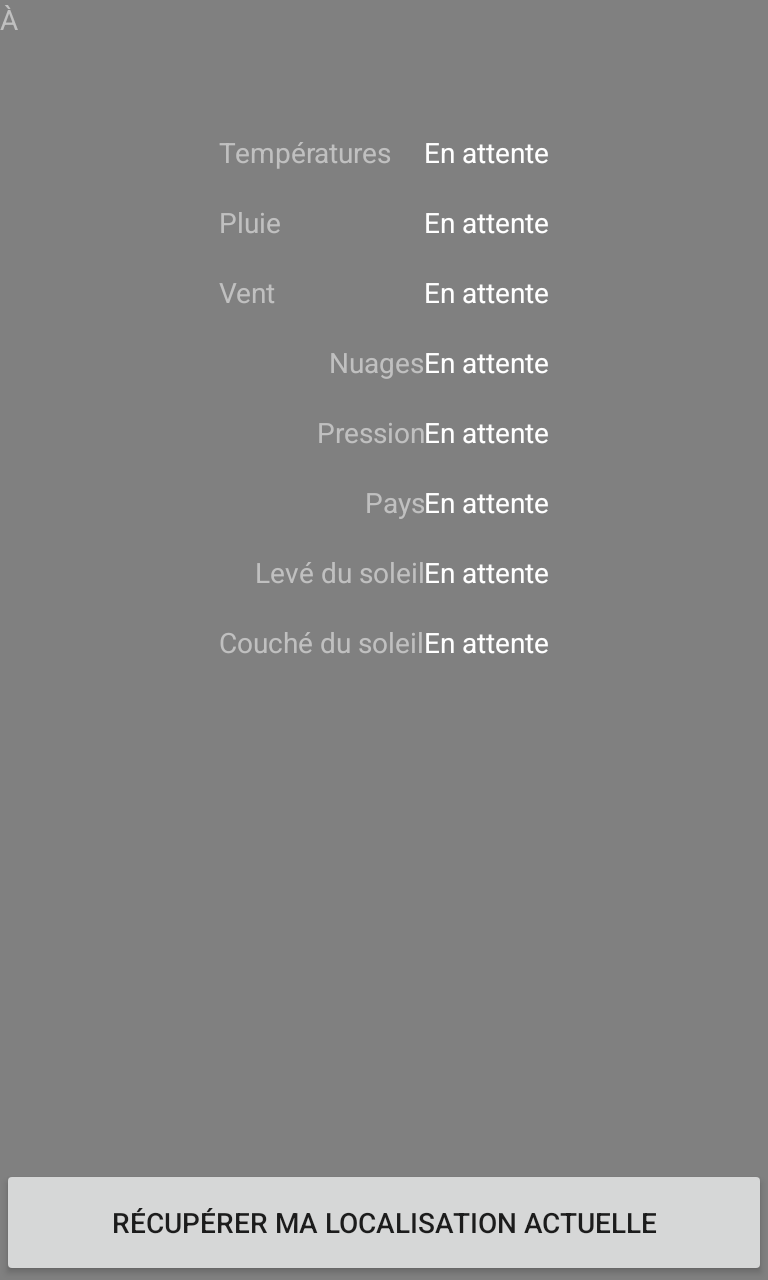
Repository: cpluuuusplus/WhoWantsKitKat
Layout: AppliPlus/res/layout/activity_meteo_principale.xml
An editor plug-in stored every save of this project. The layout is shown before and after the next save, followed by the edit.
It is drawn on a 768 x 1280 px phone screen (xhdpi) without system bars, with theme Theme.AppCompat.Light; the app's code is not run.

Above is the layout before, as saved 2014-05-12 14:11:13.

### AppliPlus/res/layout/activity_meteo_principale.xml
<?xml version="1.0" encoding="utf-8"?>
<LinearLayout xmlns:android="http://schemas.android.com/apk/res/android"
    android:layout_width="match_parent"
    android:layout_height="match_parent"
    android:background="@color/gray"
    android:orientation="vertical" >

    <!-- Afficher les  informations météo -->


    <!-- <LinearLayout -->
    <!-- android:layout_width="match_parent" -->
    <!-- android:layout_height="wrap_content" -->
    <!-- android:layout_margin="5dp" -->
    <!-- android:layout_weight="0.30" -->
    <!-- android:background="@color/black_color" -->
    <!-- android:orientation="vertical" -->
    <!-- android:paddingBottom="5dp" -->
    <!-- android:paddingLeft="5dp" -->
    <!-- android:paddingRight="5dp" -->
    <!-- android:paddingTop="5dp" > -->


    <!-- Titre et ville -->

    <LinearLayout
        android:layout_width="match_parent"
        android:layout_height="fill_parent"
        android:layout_gravity="center"
        android:layout_weight="1"
        android:orientation="horizontal" >

        <TextView
            android:id="@+id/desc_meteo"
            android:layout_width="fill_parent"
            android:layout_height="wrap_content"
            android:text="@string/meteo_desc"
            android:textColor="@color/silver" />

        <TextView
            android:id="@+id/afficher_localite_meteo"
            android:layout_width="fill_parent"
            android:layout_height="wrap_content"
            android:text="@string/to_be_defined"
            android:textColor="@color/white" />
    </LinearLayout>

    <!-- Info météo : temperature, pluie, vent, nuages -->

    <TableLayout
        android:layout_width="match_parent"
        android:layout_height="fill_parent"
        android:layout_gravity="fill_vertical"
        android:layout_weight="0.2" >

        <!-- température -->

        <TableRow
            android:id="@+id/row_meteo_temperature"
            android:layout_width="match_parent"
            android:layout_height="wrap_content"
            android:gravity="center_horizontal"
            android:padding="8dp" >

            <TextView
                android:id="@+id/desc_temp"
                android:text="@string/meteo_tc"
                android:textColor="@color/silver" />

            <TextView
                android:id="@+id/info_temp"
                android:text="@string/to_be_defined"
                android:textColor="@color/white" />
        </TableRow>

        <!-- pluie -->

        <TableRow
            android:id="@+id/row_meteo_pluie"
            android:layout_width="match_parent"
            android:layout_height="wrap_content"
            android:gravity="center_horizontal"
            android:padding="8dp" >

            <TextView
                android:id="@+id/desc_pluie"
                android:layout_width="fill_parent"
                android:text="@string/meteo_rain"
                android:textColor="@color/silver" />

            <TextView
                android:id="@+id/info_pluie"
                android:layout_width="fill_parent"
                android:text="@string/to_be_defined"
                android:textColor="@color/white" />
        </TableRow>
        <!-- vent -->

        <TableRow
            android:id="@+id/row_meteo_vent"
            android:layout_width="match_parent"
            android:layout_height="wrap_content"
            android:gravity="center_horizontal"
            android:padding="8dp" >

            <TextView
                android:id="@+id/desc_vent"
                android:layout_width="fill_parent"
                android:text="@string/meteo_wind"
                android:textColor="@color/silver" />

            <TextView
                android:id="@+id/info_vent"
                android:layout_width="fill_parent"
                android:text="@string/to_be_defined"
                android:textColor="@color/white" />
        </TableRow>

        <!-- nuages -->

        <TableRow
            android:id="@+id/row_meteo_nuages"
            android:layout_width="match_parent"
            android:layout_height="wrap_content"
            android:gravity="center_horizontal"
            android:padding="8dp" >

            <TextView
                android:id="@+id/desc_nuages"
                android:layout_width="fill_parent"
                android:gravity="right"
                android:text="@string/meteo_clouds"
                android:textColor="@color/silver" />

            <TextView
                android:id="@+id/info_nuages"
                android:gravity="left"
                android:text="@string/to_be_defined"
                android:textColor="@color/white" />
        </TableRow>

        <!-- pression -->

        <TableRow
            android:id="@+id/row_pressure"
            android:layout_width="match_parent"
            android:layout_height="wrap_content"
            android:gravity="center_horizontal"
            android:padding="8dp" >

            <TextView
                android:id="@+id/desc_pressure"
                android:layout_width="fill_parent"
                android:gravity="right"
                android:text="@string/desc_pressure"
                android:textColor="@color/silver" />

            <TextView
                android:id="@+id/info_pressure"
                android:layout_width="fill_parent"
                android:gravity="left"
                android:text="@string/to_be_defined"
                android:textColor="@color/white" />
        </TableRow>

        <!-- pays -->

        <TableRow
            android:id="@+id/row_country"
            android:layout_width="match_parent"
            android:layout_height="wrap_content"
            android:gravity="center_horizontal"
            android:padding="8dp" >

            <TextView
                android:id="@+id/desc_country"
                android:gravity="right"
                android:text="@string/desc_country"
                android:textColor="@color/silver" />

            <TextView
                android:id="@+id/info_country"
                android:layout_width="fill_parent"
                android:gravity="left"
                android:text="@string/to_be_defined"
                android:textColor="@color/white" />
        </TableRow>

        <!-- sunrise -->

        <TableRow
            android:id="@+id/row_sunrise"
            android:layout_width="match_parent"
            android:layout_height="wrap_content"
            android:gravity="center_horizontal"
            android:padding="8dp" >

            <TextView
                android:id="@+id/desc_sunrise"
                android:layout_width="fill_parent"
                android:gravity="right"
                android:text="@string/desc_sunrise"
                android:textColor="@color/silver" />

            <TextView
                android:id="@+id/info_sunrise"
                android:layout_width="fill_parent"
                android:gravity="left"
                android:text="@string/to_be_defined"
                android:textColor="@color/white" />
        </TableRow>

        <!-- sunset -->

        <TableRow
            android:id="@+id/row_sunset"
            android:layout_width="match_parent"
            android:layout_height="wrap_content"
            android:gravity="center_horizontal"
            android:padding="8dp" >

            <TextView
                android:id="@+id/desc_sunset"
                android:layout_width="fill_parent"
                android:gravity="right"
                android:text="@string/desc_sunset"
                android:textColor="@color/silver" />

            <TextView
                android:id="@+id/info_sunset"
                android:layout_width="fill_parent"
                android:gravity="left"
                android:text="@string/to_be_defined"
                android:textColor="@color/white" />
        </TableRow>
    </TableLayout>
    <!-- </LinearLayout> -->


    <!-- Acceder à une localisation -->

    <Button
        android:id="@+id/meteo_recuperer_localite"
        android:layout_width="match_parent"
        android:layout_height="fill_parent"
        android:layout_weight="1"
        android:onClick="recupererLocalisationAppareil"
        android:text="@string/get_localite" />

    <!-- <LinearLayout -->
    <!-- android:layout_width="wrap_content" -->
    <!-- android:layout_height="wrap_content" -->
    <!-- android:layout_margin="5dp" -->
    <!-- android:background="@color/black_color" -->
    <!-- android:orientation="horizontal" -->
    <!-- android:paddingBottom="5dp" -->
    <!-- android:paddingLeft="5dp" -->
    <!-- android:paddingRight="5dp" -->
    <!-- android:paddingTop="5dp" > -->


    <!-- <LinearLayout -->
    <!-- android:layout_width="wrap_content" -->
    <!-- android:layout_height="wrap_content" -->
    <!-- android:layout_margin="5dp" -->
    <!-- android:background="@color/black_color" -->
    <!-- android:orientation="vertical" -->
    <!-- android:paddingBottom="5dp" -->
    <!-- android:paddingLeft="5dp" -->
    <!-- android:paddingRight="5dp" -->
    <!-- android:paddingTop="5dp" > -->


    <!-- <TextView -->
    <!-- android:layout_width="wrap_content" -->
    <!-- android:layout_height="wrap_content" -->
    <!-- android:text="@string/desc_saisie_localite" -->
    <!-- android:textColor="@color/white" /> -->


    <!-- <EditText -->
    <!-- android:id="@+id/meteo_saisie_localite" -->
    <!-- android:layout_width="wrap_content" -->
    <!-- android:inputType="textCapWords" -->
    <!-- android:layout_height="wrap_content" -->
    <!-- android:hint="@string/saisir_localite" -->
    <!-- android:layout_gravity="center" -->
    <!-- android:textColor="@color/white" /> -->


    <!-- <Button -->
    <!-- android:id="@+id/meteo_valider_localite" -->
    <!-- android:layout_width="match_parent" -->
    <!-- android:layout_height="wrap_content" -->
    <!-- android:onClick="validerChoixLocalisationSaisi" -->
    <!-- android:text="@string/valider_localite" /> -->
    <!-- </LinearLayout> -->


    <!-- <Button -->
    <!-- android:id="@+id/meteo_recuperer_localite" -->
    <!-- android:layout_width="match_parent" -->
    <!-- android:layout_height="wrap_content" -->
    <!-- android:onClick="recupererLocalisationAppareil" -->
    <!-- android:text="@string/get_localite" /> -->
    <!-- </LinearLayout> -->

</LinearLayout>

### AppliPlus/res/values/colors.xml
<?xml version="1.0" encoding="utf-8"?>
<resources>

    <color name="black_color">#000</color>
    <color name="white">#FFFFFF</color>
    <color name="yellow">#FFFF00</color>
    <color name="fuchsia">#FF00FF</color>
    <color name="red">#FF0000</color>
    <color name="silver">#C0C0C0</color>
    <color name="gray">#808080</color>
    <color name="olive">#808000</color>
    <color name="purple">#800080</color>
    <color name="maroon">#800000</color>
    <color name="aqua">#00FFFF</color>
    <color name="lime">#00FF00</color>
    <color name="teal">#008080</color>
    <color name="green">#008000</color>
    <color name="blue">#0000FF</color>
    <color name="navy">#000080</color>

</resources>

### AppliPlus/res/values/strings.xml
<?xml version="1.0" encoding="utf-8"?>
<resources>

    <string name="app_name">Qui veut manger un KitKat ?</string>
    <string name="hello_world">Hello world!</string>
    <string name="nb_cours">%1$d cours viennent d\'être mis à jours</string>
    <string name="direct">Accès direct à pamplemousse viewer</string>
    <string name="refresh">Refresh</string>
    <string name="action_search">search</string>
    <string name="find_city">Rechercher une ville</string>

    <!-- Nom des menus ! -->

    <string name="home">Qui veut un KitKat ?</string>
    <string name="pamp_viewer">Accès à Pamplemousse</string>
    <string name="agenda_null">Première connection ? Renseignez vos identifiants, et synchroniser</string>
    <string name="url_error">Impossible de se connecter au serveur, veuillez vérifier vos identifiants et votre connection à internet</string>
    <string name="menu_pampl">Accès à Pamplemousse</string>
    <string name="connection">Accès à Pamplemousse</string>
    <string name="remote">Accès à Pamplemousse en ligne</string>
    <string name="pampl_desc">Emploi du temps, mails,...</string>
    <string name="geo">Accés au service de Géolocalisation</string>
    <string name="geo_desc">Géolocalisation</string>
    <string name="meteo">Accés au service Météo</string>
    <string name="meteo_desc">À</string>
    <string name="meteo_tc">Températures</string>
    <string name="meteo_wind">Vent</string>
    <string name="meteo_rain">Pluie</string>
    <string name="meteo_clouds">Nuages</string>
    <string name="valider_localite">Valider</string>
    <string name="desc_country">Pays</string>
    <string name="desc_sunrise">Levé du soleil</string>
    <string name="desc_sunset">Couché du soleil</string>
    <string name="desc_pressure">Pression</string>


    <!-- Cas non défini -->

    <string name="to_be_defined">En attente</string>

    <!-- Test login -->

    <string name="menu_settings">Settings</string>
    <string name="title_activity_main">MainActivity</string>
    <string name="image_content_description">Un Android avec un chien</string>
    <string name="login">S\'identifier</string>
    <string name="email">Id utilisateur</string>
    <string name="password">Mot de passe</string>
    <string name="connect">Se connecter</string>
    <string name="get_localite">Récupérer ma localisation actuelle</string>
    <string name="saisir_localite">Saisir une ville ici</string>
    <string name="desc_saisie_localite">Vous pouvez saisir une localité</string>
    <string name="temp">Ce champ doit etre rempli</string>
    <string name="geoloc_osm">Géolocationsation par OSM/OCM</string>

</resources>

After the next save:
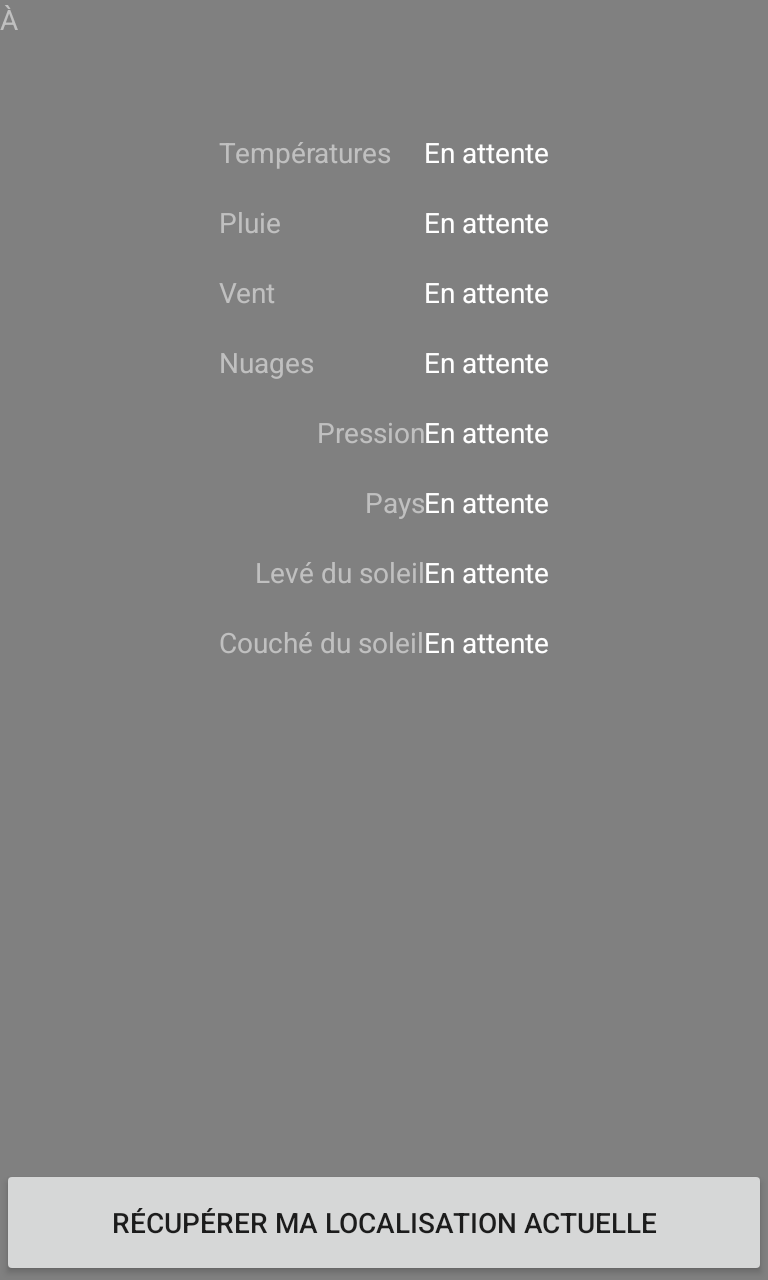
Saved 16 s later.
--- a/AppliPlus/res/layout/activity_meteo_principale.xml
+++ b/AppliPlus/res/layout/activity_meteo_principale.xml
@@ -128,7 +128,7 @@
             <TextView
                 android:id="@+id/desc_nuages"
                 android:layout_width="fill_parent"
-                android:gravity="right"
+
                 android:text="@string/meteo_clouds"
                 android:textColor="@color/silver" />
 
